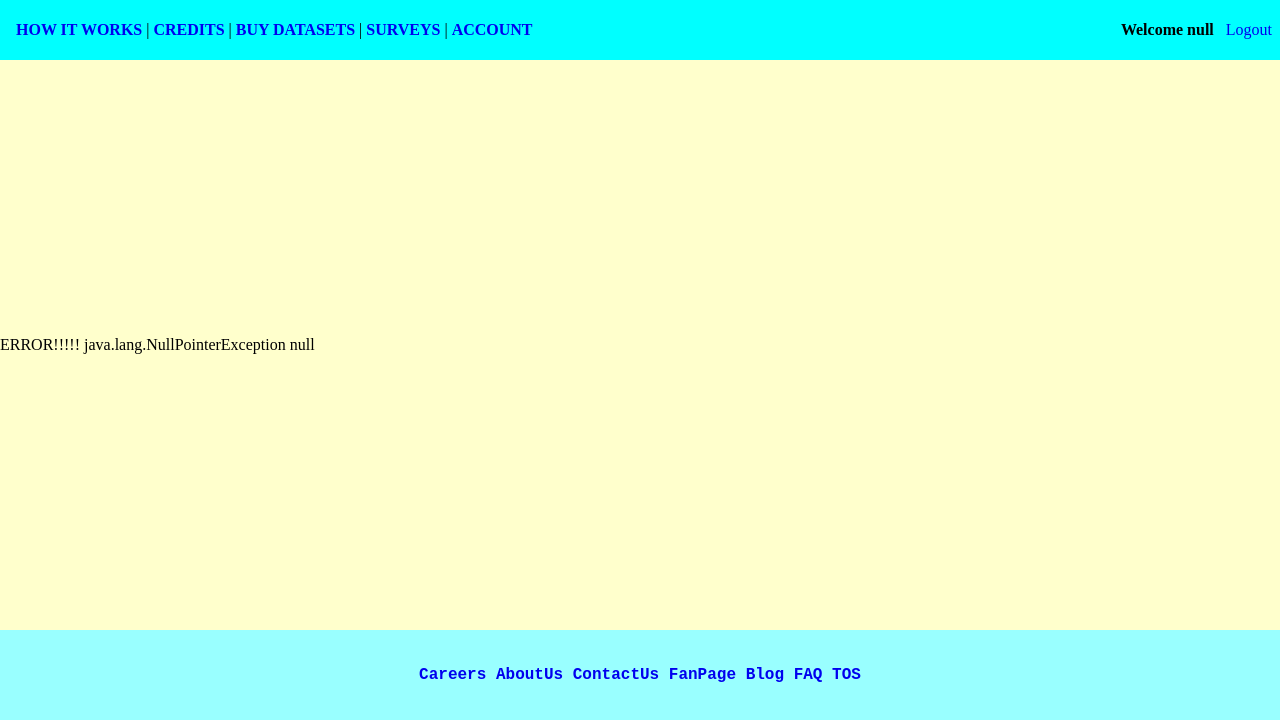
Repository: nicks707/LocoShack_TGMC-project
Page: http://localhost/ram/uploadphoto2.jsp
An editor plug-in stored every save of this project. The page is shown before and after the next save, followed by the edit.
The browser window is 1280 px wide. The pictures show the whole page.
The page is served by Tomcat 9. Other server files are loaded and not shown.

Above is the page before, as saved 2012-03-20 13:09:56.

### ram/WebContent/uploadphoto2.jsp
<%@ page language="java" import="java.sql.*" contentType="text/html; charset=ISO-8859-1"
    pageEncoding="ISO-8859-1"%>
    <%@page import="java.io.*"%>
<!DOCTYPE html PUBLIC "-//W3C//DTD HTML 4.01 Transitional//EN" "http://www.w3.org/TR/html4/loose.dtd">
<html>
<head>
<meta http-equiv="Content-Type" content="text/html; charset=ISO-8859-1">
<title>LocoShack-Response</title>
<style>
html, body,table
{
  height: 100%;
  width:100%;
}
</style>
</head>
<body style="margin-top:0px;margin-left:0px;margin-right:0px">
<table  width="100%" cellpadding="0" cellspacing="0"   style="background-color:#FFFFCC">
<tr  height="60px"><td><jsp:include page="header2.jsp"></jsp:include></td></tr>
<tr><td>
<%
String des=request.getParameter("des");
String lat=request.getParameter("lat");
String lon=request.getParameter("lon");
String city=request.getParameter("city");
String cat=request.getParameter("cat");

String loc=request.getParameter("image");
StringBuffer sb = new StringBuffer();
for (int x = 0; x <8; x++)
{
  sb.append((char)((int)(Math.random()*26)+97));
}
String imgid=sb.toString();
String userid=(String)session.getAttribute("userid");


try{

Connection con;
PreparedStatement psm;
Class.forName("com.ibm.db2.jcc.DB2Driver");
con = DriverManager.getConnection("jdbc:db2://localhost:50000/GEO","db2admin","tgmc");




File image=new File(loc);
psm=con.prepareStatement("insert into image values(?,?,?,?,?,?,?,?)");
FileInputStream fis=new FileInputStream(image);
psm.setBinaryStream(1,(InputStream)fis);
psm.setString(2,imgid);
psm.setString(3,userid);
psm.setString(4,des);
psm.setString(5,lat);
psm.setString(6,lon);
psm.setString(7,city);
psm.setString(8,cat);

int s=psm.executeUpdate();
if(s==1) {
    %>

    <div style="color: blue;">Uploaded successfully!!!!</div>
<%
}
else
{
    %>

<div style="color: blue;">Unsucessful to upload image</div>
<%
}

}
catch(Exception e)
{

out.println("ERROR!!!!!");
out.println(e);
out.println(loc);
}
%>


</td></tr>
<tr height="50px"><td><jsp:include page="footer.jsp"></jsp:include></td></tr>
</table>
</body>
</html>

### ram/WebContent/header2.jsp
<%@ page language="java" contentType="text/html; charset=ISO-8859-1"
    pageEncoding="ISO-8859-1"%>
<!DOCTYPE html PUBLIC "-//W3C//DTD HTML 4.01 Transitional//EN" "http://www.w3.org/TR/html4/loose.dtd">
<html>
<head>
<meta http-equiv="Content-Type" content="text/html; charset=ISO-8859-1">
<title>Insert title here</title>
</head>
<body style="margin-left:0px;margin-right:0px;margin-top:0px;">
<table cellpadding="0px" cellspacing="0px" width="100%">

<tr bgcolor="#00FFFF" style="height:60px;">
<td>&nbsp;&nbsp;&nbsp;&nbsp;<a href="hit.jsp"><b>HOW IT WORKS</b></a> | <a href="credits.jsp"><b>CREDITS</b></a> | <a href="buydata.jsp"><b>BUY DATASETS</b></a> | <a href="surveys.jsp"><b>SURVEYS</b></a> |  <a href="accmain.jsp"><b>ACCOUNT</b></a> </td>

<td align="right">&nbsp;&nbsp;&nbsp;&nbsp;&nbsp;&nbsp;&nbsp;&nbsp;&nbsp;&nbsp;&nbsp;&nbsp;&nbsp;&nbsp;&nbsp;&nbsp;&nbsp;&nbsp;&nbsp;&nbsp;
&nbsp;&nbsp;&nbsp;&nbsp;&nbsp;&nbsp;&nbsp;&nbsp;&nbsp;&nbsp;&nbsp;&nbsp;&nbsp;&nbsp;&nbsp;&nbsp;&nbsp;&nbsp;&nbsp;&nbsp;&nbsp;&nbsp;&nbsp;&nbsp;&nbsp;&nbsp;&nbsp;&nbsp;&nbsp;&nbsp;&nbsp;&nbsp;&nbsp;&nbsp;&nbsp;&nbsp;&nbsp;&nbsp;&nbsp;&nbsp;&nbsp;&nbsp;&nbsp;&nbsp;&nbsp;&nbsp;&nbsp;&nbsp;&nbsp;&nbsp;&nbsp;&nbsp;&nbsp;&nbsp;&nbsp;&nbsp;&nbsp;&nbsp;&nbsp;&nbsp;
<!-- code for links like welcome user/guest and signout --><b>Welcome <%=session.getAttribute("id") %></b>&nbsp;&nbsp;&nbsp;<a href="logout.jsp">Logout</a>&nbsp;&nbsp;</td>
</tr>

</table>

</body>
</html>

### ram/WebContent/footer.jsp
<%@ page language="java" contentType="text/html; charset=ISO-8859-1"
    pageEncoding="ISO-8859-1"%>
<!DOCTYPE html PUBLIC "-//W3C//DTD HTML 4.01 Transitional//EN" "http://www.w3.org/TR/html4/loose.dtd">
<html>
<head>
<meta http-equiv="Content-Type" content="text/html; charset=ISO-8859-1">
<title>Insert title here</title>
</head>
<style>
a{text-decoration:none;}
</style>
<body style="margin-top:0px;margin-left:0px;margin-right:0px;">
<table width=100% border="0px" cellpadding="0px" cellspacing="0px">
<tr    bgcolor="#99FFFF" style="height:90px;">
<td  colspan="3" width="100%"  align="center"> <font color="#330099" face="Courier New, Courier, monospace"><b><a href="careers.jsp">Careers</a> <a href="abtus.jsp">AboutUs</a> <a href="contact.jsp">ContactUs</a> <a href="http://www.facebook.com">FanPage</a> <a href="blog.jsp">Blog</a> <a href="faq.jsp">FAQ</a> <a href="tos.jsp">TOS</a></b></font></td>
</tr>


</table>

</body>
</html>

After the next save:
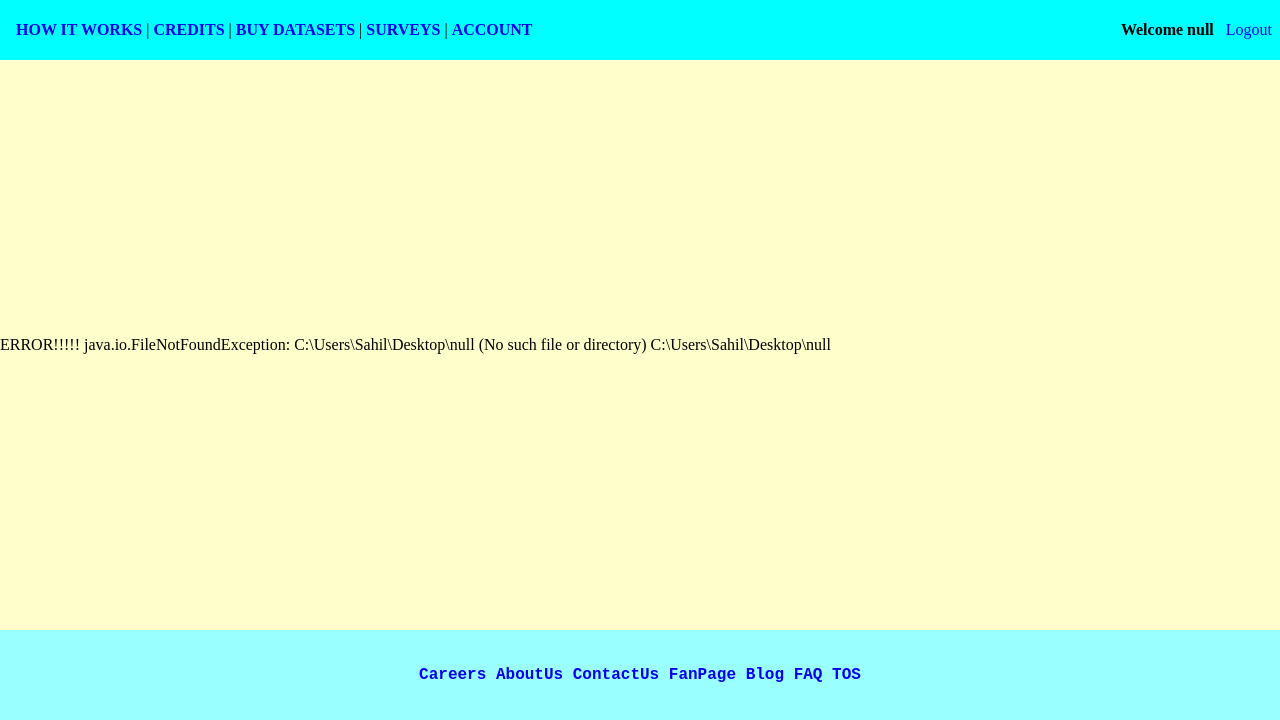
Saved 117 s later.
--- a/ram/WebContent/uploadphoto2.jsp
+++ b/ram/WebContent/uploadphoto2.jsp
@@ -25,7 +25,8 @@ String lon=request.getParameter("lon");
 String city=request.getParameter("city");
 String cat=request.getParameter("cat");
 
-String loc=request.getParameter("image");
+String loc1=request.getParameter("image");
+String loc="C:\\Users\\Sahil\\Desktop\\"+loc1;
 StringBuffer sb = new StringBuffer();
 for (int x = 0; x <8; x++)
 {
